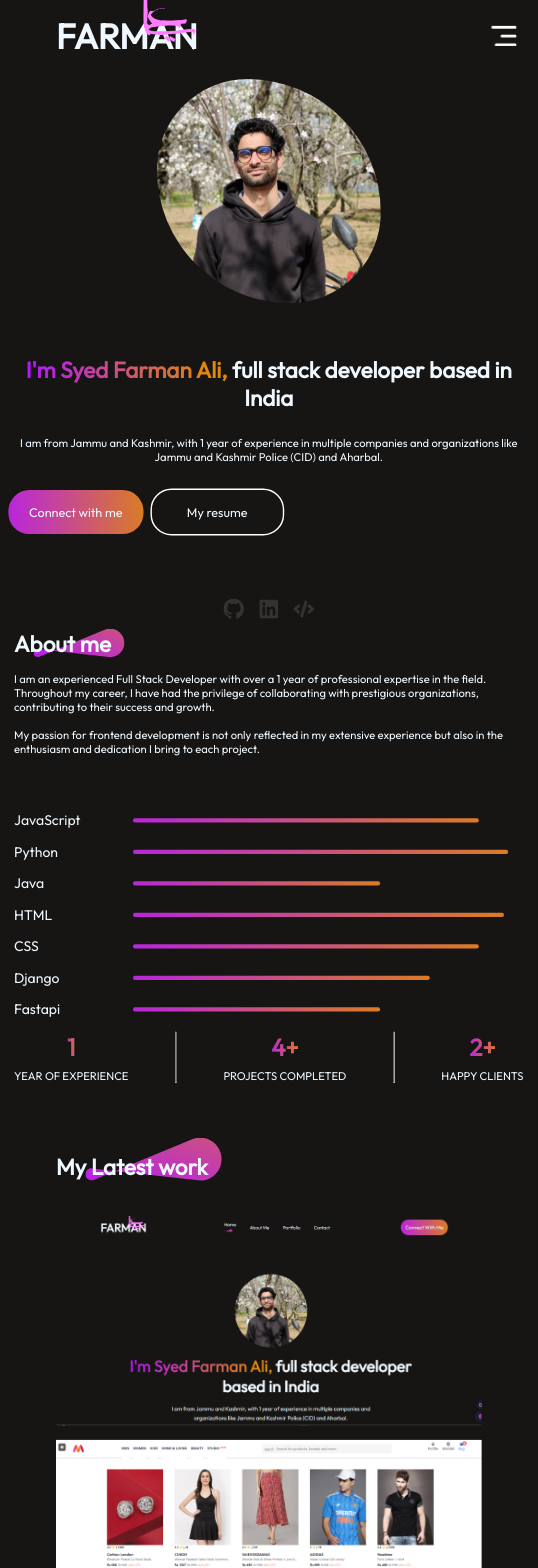
Repository: FARMAN9/portfolio_React
Page: /
The author's editor kept a copy of each file at every save. The page is drawn from the files as they stood at one save, then again after a run of saves.
The browser window is 768 px wide. The pictures show the part of the page from y = 0 to 2240 px (the page is 5795 px tall before and 6355 px after), at 70% of full size.
The project was rebuilt for these pictures with package versions that can differ from the ones it lists, and the page was loaded fresh each time. Also part of the build but not shown: vite.config.js.

Above is the page before, as saved 2024-10-16 21:38:27.

### index.html
<!doctype html>
<html lang="en">
  <head>
    <meta charset="UTF-8" />
    <link rel="icon" type="image/svg+xml" href="/bac.svg" />
    <meta name="viewport" content="width=device-width, initial-scale=1.0" />
    <title>Portfoilo</title>
    <link rel="preconnect" href="https://fonts.googleapis.com">
<link rel="preconnect" href="https://fonts.gstatic.com" crossorigin>
<link href="https://fonts.googleapis.com/css2?family=Outfit&display=swap" rel="stylesheet">


  </head>
  <body>
    <div id="root"></div>

    <script type="module" src="/src/main.jsx"></script>
  </body>
</html>

### src/App.jsx

import NavBar from './Components/Navbar/NavBar'
import Hero from './Components/Hero/Hero'
import About from './Components/About/About'
import MyWork from './Components/MyWork/MyWork'
import Contact from './Components/Contact/Contact'
import Footer from './Components/Footer/Footer'
import React from 'react';

function App() {


  return (
  <>
  <NavBar/>
  <Hero/>
  <About/>
  <MyWork/>
  <Contact/>
  <Footer/>
  </>
  )
}

export default App

### src/index.css

*{
  margin: 0;
  padding: 0;

}
body{
  height: 100vh;
  background: #161513;
  color: aliceblue;
  font-family: outfit;
}

### src/Components/Navbar/NavBar.jsx
import React, { useRef, useState,useEffect } from 'react';
import './Navbar.css';
import ali from '../../assets/ali.png'
import backgound from '../../assets/nav_underline.svg'
import AnchorLink from 'react-anchor-link-smooth-scroll'
import menu_open from '../../assets/menu_open.svg'
import menu_close from '../../assets/menu_close.svg'



function NavBar() {



  const [menu,setMenu]=useState('home')
  const menuRef =useRef();
  const openMenu=()=>{
    menuRef.current.style.right='0'
  }
  const closeMenu=()=>{
    menuRef.current.style.right='-350px'
  }
  return (
    <nav className='navbar'>
      <div className='logo'>
      <AnchorLink className='anchor-link' href='#home'>
      <h1>FARMAN</h1>
      <img src={ali} alt="" />
      </AnchorLink>
      </div>
      <img src={menu_open}  onClick={openMenu} alt="" className='nav-mob-open' />

            <ul ref={menuRef} className='nav-menu'>
            <img src={menu_close} alt="" className='nav-mob-close' onClick={closeMenu}/>
             <li> <AnchorLink className='anchor-link' href='#home'><p onClick={()=>setMenu('home')}>Home</p> </AnchorLink>{menu ==='home' ? <img src ={backgound} alt=''/>:<></> }</li>
             <li><AnchorLink className='anchor-link' offset={50} href='#about'><p onClick={()=>setMenu('about')}>About Me</p></AnchorLink>{menu ==='about' ? <img src ={backgound} alt=''/>:<></> }</li>
             <li><AnchorLink className='anchor-link' offset={50} href='#work'><p onClick={()=>setMenu('work')}>Portfolio</p></AnchorLink>{menu ==='work' ? <img src ={backgound} alt=''/>:<></> }</li>
             <li><AnchorLink className='anchor-link' offset={50} href='#contact'><p onClick={()=>setMenu('contact')}>Contact</p></AnchorLink>{menu ==='contact' ? <img src ={backgound} alt=''/>:<></> }</li>
            </ul>
            <div className="nav-connect"><AnchorLink className='anchor-link' offset={50} href='#contact'>Connect With Me</AnchorLink></div>

    </nav>
  )
}

export default NavBar

### src/Components/Hero/Hero.jsx
import "./Hero.css";
import profile from "../../assets/profile.jpg";
import AnchorLink from "react-anchor-link-smooth-scroll";
import { FaGithub, FaLinkedin, FaCode } from "react-icons/fa";
import React, { useRef, useEffect } from "react";
import gsap from "gsap";
import { ScrollTrigger } from "gsap/ScrollTrigger";

// Register ScrollTrigger plugin
gsap.registerPlugin(ScrollTrigger);

function Hero() {
  return (
    <div id="home" className="hero">
      <img
        // Reference for the image
        src={profile}
        alt="profile"
      />

      <h1>
        <span className="myname">I'm Syed Farman Ali,</span> full stack
        developer based in India
      </h1>
      <p>
        I am from Jammu and Kashmir, with 1 year of experience in multiple
        companies and organizations like Jammu and Kashmir Police (CID) and
        Aharbal.
      </p>
      <div className="hero-action">
        <div className="hero-connect">
          <AnchorLink className="anchor-link" offset={50} href="#contact">
            Connect with me
          </AnchorLink>
        </div>
        <a
          className="hero-resume"
          href="https://rxresu.me/farman9/python-django-developer">
          My resume
        </a>
      </div>
      <div className="hero-socials">
        <a
          href="https://github.com/farman9"
          target="_blank"
          rel="noopener noreferrer">
          <FaGithub size={30} />
        </a>
        <a
          href="https://www.linkedin.com/in/farman9"
          target="_blank"
          rel="noopener noreferrer">
          <FaLinkedin size={30} />
        </a>
        <a
          href="https://leetcode.com/u/saeedfarman9/"
          target="_blank"
          rel="noopener noreferrer">
          <FaCode size={30} />
        </a>
      </div>
    </div>
  );
}

export default Hero;

### src/Components/About/About.jsx
import React from 'react'
import'./About.css'
import bac from '../../assets/bac.svg'
import profile from '../../assets/profile.jpg'


function About() {
  const skills = [
    { name: 'JavaScript', value: 70 },
    { name: 'Python', value: 80 },
    { name: 'Java', value: 50 },
    { name: 'HTML', value: 75 },
    { name: 'CSS', value: 70 },
    { name: 'Django', value: 60 },
    { name: 'Fastapi', value: 50 },

  ];

  return (
    <div id='about' className='about'>
        <div className="about-title">
            <h1>About me</h1>
            <img src={bac} alt="" />
        </div>
        <div className="about-sections">
        <div className="about-left">
        <img src={profile} alt="" />
       </div>
       <div className="about-right">
       <div className="about-para">
        <p>I am an experienced Full Stack Developer with over a 1 year of professional expertise in the field. Throughout my career, I have had the privilege of collaborating with prestigious organizations, contributing to their success and growth.</p>
        <p>My passion for frontend development is not only reflected in my extensive experience but also in the enthusiasm and dedication I bring to each project.</p>
       </div>
       <div className="about-skills">
        {
            skills.map((skill)=><div className="about-skill" key={skill.name}><p>{skill.name}</p><hr style={{width:`${skill.value}%`}} /></div>)
        }

      </div>
        </div>
        </div>
        <div className="about-achievements">
<div className="about-achievement">
<h1>1</h1>
<p>YEAR OF EXPERIENCE</p>
</div>
<hr />
<div className="about-achievement">
<h1>4+</h1>
<p>PROJECTS COMPLETED</p>
</div>
<hr />
<div className="about-achievement">
<h1>2+</h1>
<p>HAPPY CLIENTS</p>
</div>
</div>
    </div>
  )
}

export default About

### src/Components/MyWork/MyWork.jsx
import React, { useImperativeHandle } from "react";
import "./MyWork.css";
import bac from "../../assets/bac.svg";
import soon from "../../assets/coming_soon.gif";
import port_react from "../../assets/projects/portfilo_react.png";
import myntra from "../../assets/projects/mytra.png";
import youtube from "../../assets/projects/yt.png";
import djano_port from "../../assets/projects/django_port.png";
import dpt from "../../assets/projects/dpt.png";
import nws from "../../assets/projects/news.png";

function MyWork() {
  const mywork_data = [
    {
      w_no: 1,
      w_name: "portfolio_React",
      w_img: port_react,
      link: "https://github.com/FARMAN9/portfolio_React",
    },
    {
      w_no: 2,
      w_name: "mytra",
      w_img: myntra,
      link: "https://github.com/FARMAN9/myntra-clone-",
    },
    {
      w_no: 3,
      w_name: "youtube",
      w_img: youtube,
      link: "https://github.com/FARMAN9/youtube-clone",
    },
    {
      w_no: 4,
      w_name: "portfoilo_django",
      w_img: djano_port,
      link: "https://github.com/FARMAN9/portfoilo_django",
    },
    {
      w_no: 5,
      w_name: "DPS",
      w_img: dpt,
      link: "https://github.com/FARMAN9/Diabetes-prediction",
    },
    {
      w_no: 6,
      w_name: "oldNews_paper ",
      w_img: nws,
      link: "https://oldnews-paper.vercel.app/",
    },
    {
      w_no: 7,
      w_name: "soon",
      w_img: soon,
      link: "",
    },
  ];
  return (
    <div id="work" className="mywork">
      <div className="mywork-title">
        <h1>My Latest work</h1>
        <img src={bac} alt="" />
      </div>

      <div className="mywork-container">
        {mywork_data.map((data, index) => {
          return (
            <div key={index}>
              <a href={data.link}>
                <img src={data.w_img} alt="" />
              </a>
            </div>
          );
        })}
      </div>
    </div>
  );
}

export default MyWork;

### src/Components/Contact/Contact.jsx
import React from 'react'
import './Contact.css'
import bac from '../../assets/bac.svg'
import call from '../../assets/call.svg'
import mail from '../../assets/mail.svg'
import loc from '../../assets/loc.svg'

const mykey = "fc7158de-ce59-41ff-9c1e-672e25c721db"

function Contact() {
  const [result, setResult] = React.useState("");
  const [alertVisible, setAlertVisible] = React.useState(false);

  const onSubmit = async (event) => {
    event.preventDefault();
    setResult("Sending....");
    const formData = new FormData(event.target);

    formData.append("access_key", mykey);

    const response = await fetch("https://api.web3forms.com/submit", {
      method: "POST",
      body: formData
    });

    const data = await response.json();

    if (data.success) {
      setResult("Email Send Successfully \n Thanks😇");
      setAlertVisible(true);
      event.target.reset();
    } else {
      console.log("Error", data);
      setResult(data.message);
      setAlertVisible(true);
    }
  };

  const closeAlert = () => {
    setAlertVisible(false);
    setResult("");
  };

  return (
    <div id='contact' className='contact'>
      <div className='contact-title'>
        <h1>Get in touch</h1>
        <img src={bac} alt="" />
      </div>
      <div className='contact-section'>
        <div className='contact-left'>
          <h1>Let's talk</h1>
          <p>I'm currently available to take on new projects, so feel free to send me a message about anything that you want me to work on. You can contact anytime.</p>
          <div className="contact-details">
            <div className="contact-detail">
              <img src={mail} alt="" /> <p>saeedfarman9@gmail.com</p>
            </div>
            <div className="contact-detail">
              <img src={call} alt="" /><p>+916005943382</p>
            </div>
            <div className="contact-detail">
              <img src={loc} alt="" /><p>Jammu & Kashmir, India</p>
            </div>
          </div>
        </div>
        <div>
          <form onSubmit={onSubmit} className='contact-right'>
            <label htmlFor=""> Your Name</label>
            <input type="text" placeholder='Enter your name' name='name' />
            <label htmlFor=""> Your Email</label>
            <input type="email" placeholder='Enter your email' name='email' />
            <label htmlFor=""> Write your message here</label>
            <textarea placeholder='Enter your message' rows='8' name='message'></textarea>
            <button className='contact-submit' type='submit'>Submit now</button>
          </form>
        </div>
      </div>

      {alertVisible && (
        <div className="custom-alert">
          <div className="custom-alert-content">
            <p>{result}</p>
            <button onClick={closeAlert}>Close</button>
          </div>
        </div>
      )}
    </div>
  )
}

export default Contact

### src/Components/Footer/Footer.jsx
import React from "react";
import "./Footer.css";
import ali from "../../assets/ali.png";
import AnchorLink from 'react-anchor-link-smooth-scroll'

function Footer() {
  return (
    <div className="footer">
      <div className="footer-top">
        <div className="footer-top-left">
          <div className="logo">
          <AnchorLink className='anchor-link' offset={50} href='#home'>
            <h1>FARMAN</h1>
            <img src={ali} alt="" />
            </AnchorLink>
          </div>

        </div>
        <p>
        I wanted to take a moment to thank you for visiting my portfolio. Your time and interest in my work are truly appreciated.
        If you have any feedback, questions, or opportunities you'd like to discuss, please don't hesitate to reach out. I'm always eager to connect and explore new possibilities.
          </p>
        <div className="footer-top-right">

        </div>

        </div>
        <hr />

        <div className="footer-bottom">
          <p className="footer-bottm-left">
            {" "}
            © 2024 Syed Farman Ali. All rights reserved.{" "}
          </p>

          <div className="footer-bottom-right">
            <p>Term of Services</p>
            <p>Privacy Policy</p>
            <AnchorLink className='anchor-link' offset={50} href='#contact'> <p>Connect with me</p></AnchorLink>
          </div>
        </div>

    </div>
  );
}

export default Footer;

### src/Components/Navbar/Navbar.css
.navbar{
display: flex ;
align-items: center;
justify-content: space-between;
margin: 20px 170px;
}
.nav-menu{
    display: flex;
    align-items: center;
    list-style: none;
    gap:60px;
    font-size: 20px;

}
.nav-connect
{
    padding: 20px;
    border-radius: 50px;
    background: linear-gradient(267deg,#DA7C25 0.36%,#B923E1 102.0% );
    font-size:22px ;
    cursor: pointer;
    transition: 0.5s;

}
.nav-connect:hover
{
   transform: scale(1.05);

}



.logo{
    position: relative;
    }
.logo h1{
    padding: 0px 30px;
    font-size: 50px;
    font-weight: 600%;
    z-index: -1;

    }


.logo img{
    position: absolute;
    bottom:0;
    right: 0;

    width: 150px;
    height: 150px;

}

.anchor-link{
   text-decoration: none;
   color: aliceblue;
}
.nav-mob-close
{
    display: none;
}
.nav-mob-open{
    display: none;
}


@media(max-width:768px) {
    .navbar{
        margin: 20px 50px;
    }
    .nav-connect{
        display: none;
    }
    .nav-mob-open{
        display: block;
        position: fixed;
        right: 30px;
    }
    .nav-mob-close{
        display: block;
        position: relative;
        top: 30px;
        left: 110px;
        width: 30px;


    }
    .nav-menu{
        position: fixed;
        flex-direction: column;
        align-items: center;
        top:0;
        gap:30px;
        background-color: #1f0016;
        width: 350px;
        height: 100%;
        z-index: 2;
        transition: right 0.5s;
        right: -350px;
    }
    .nav-menu li{
        font-size: 30px;

        padding-left: 0;
        flex-direction: row;
        gap:20px;

    }

}

### src/Components/Hero/Hero.css
.hero {
  display: flex;
  flex-direction: column;
  align-items: center;
  gap: 35px;
}
.hero img {
  margin-top: 150px;
  border-radius: 50% 60%;
  width: 20rem;
  height: 20rem;
  position: relative;

  overflow: hidden; /* Hide overflow */

  z-index: 1; /* Make sure the image appears above the border */
  animation: borderchange 10s infinite; /* Animation duration and repetition */
}

/* Animated border wrapper */

/* Animated border effect */

/* Keyframes for border animation */
/* Animated border effect */

/* Keyframes for border animation */
@keyframes borderchange {
  0% {
    border-radius: 20% 40%; /* Initial radius */ /* Initial width */
    border-color: rgba(255, 255, 255, 0.5); /* Initial color */
    /* No scaling */
  }
  25% {
    border-radius: 30% 50%; /* Slightly increase radius */
    border-color: rgba(255, 200, 0, 0.7); /* Change color */
    /* Slightly scale up */
  }
  50% {
    border-radius: 50%; /* Fully rounded */
    border-color: rgba(0, 200, 255, 0.7); /* Another color change */
    border-width: 25px; /* Slightly increase width */ /* Scale up further */
  }
  75% {
    border-radius: 40% 60%; /* Return to less rounded */
    border-color: rgba(255, 0, 150, 0.7); /* Change color again */
    /* Scale back down */
  }
  100% {
    border-radius: 20% 40%; /* Back to initial radius */
    border-width: 20px; /* Back to initial width */
    border-color: rgba(255, 255, 255, 0.5); /* Return to initial color */
    /* Reset scaling */
  }
}

.hero h1 {
  text-align: center;

  font-weight: 600;
  width: 70%;
  font-size: 70px;
}
.hero h1 span {
  background: linear-gradient(270deg, #df8908 10%, #b415ff 100%);
  background-clip: text;
  -webkit-background-clip: text;
  -webkit-text-fill-color: transparent;
}
.hero-socials img {
  width: 30px;
  height: 30px;
  cursor: pointer;
}
.hero p {
  width: 50%;
  text-align: center;
  font-size: 24px;
  line-height: 40px;
}
.hero-action {
  display: flex;
  align-items: center;
  gap: 25px;
  font-size: 24px;
  font-weight: 500;
  margin-bottom: 50px;
}
.hero-connect {
  padding: 25px 45px;
  border-radius: 50px;
  background: linear-gradient(267deg, #da7c25 0.36%, #b923e1 102%);
  cursor: pointer;
}
.hero-resume {
  padding: 25px 75px;
  border-radius: 50px;
  border: 2px solid #fff;
  cursor: pointer;
  color: aliceblue;
  text-decoration: none;
}

.hero-connect:hover {
  border: 2px solid white;
}
.hero-resume:hover {
  border-color: #b415ff;
}
.hero-socials {
  margin-top: 20px;
}

.hero-socials a {
  margin: 0 10px;
  color: #333;
  transition: color 0.3s;
}

.hero-socials a:hover {
  color: #b415ff; /* You can change this color to match the theme */
}
@media (max-width: 768px) {
  .hero img {
    margin-top: 10px;
  }
  .hero h1 {
    margin-top: 40px;
    width: 96%;
    font-size: 2rem;
  }
  .hero p {
    width: 97%;
    font-size: 1rem;
    line-height: 20px;
  }
  .hero-action {
    width: 97%;
    gap: 10px;
    font-size: 18px;
    font-weight: 500;
    margin-bottom: 50px;
  }
  .hero-connect {
    padding: 20px 30px;
    border-radius: 30px;
  }
  .hero-resume {
    padding: 20px 50px;
    border-radius: 30px;
  }
  .hero-socials {
    margin-top: 5px;
  }
}

### src/Components/About/About.css
.about {
  display: flex;
  flex-direction: column;
  align-items: center;
  justify-content: center;
  gap: 80px;
  margin: 80px 170px;
}

.about-title {
  position: relative;
}
.about-title h1 {
  padding: 0px 30px;
  font-size: 80px;
  font-weight: 600%;
}

.about-title img {
  position: absolute;
  bottom: 0;
  right: 0;
  z-index: -1;
}

.about-sections {
  display: flex;
  gap: 80px;
}

.about-left img {
  width: 25rem;
  height: 25rem;
}
.about-right {
  display: flex;
  flex-direction: column;
  gap: 80px;
}

.about-para {
  display: flex;
  flex-direction: column;
  gap: 20px;
  font-size: 24px;
  font-weight: 500;
}

.about-skills {
  display: flex;
  flex-direction: column;
  gap: 20px;
}

.about-skill {
  display: flex;
  gap: 50px;
  align-items: center;
  transition: 0.3s;
}
.about-skill p {
  min-width: 150px;
  font-size: 24px;
  font-weight: 500;
}
.about-skill hr {
  outline: none;
  border: none;
  width: 50%;
  height: 8px;
  border-radius: 50px;
  background: linear-gradient(267deg, #da7c25 0.36%, #b923e1 102%);
}

.about-achievements {
  display: flex;
  width: 100%;
  justify-content: space-around;
  margin-bottom: 80px;
}

.about-achievement {
  display: flex;
  flex-direction: column;
  align-items: center;
  gap: 10px;
  transition: 0.5s;
}

.about-achievement h1 {
  font-size: 60px;
  font-weight: 700;
  background: linear-gradient(267deg, #da7c25 0.36%, #b923e1 102%);
  background-clip: text;
  -webkit-background-clip: text;
  -webkit-text-fill-color: transparent;
}

.about-achievement p {
  font-size: 22px;
  font-weight: 500;
}
.about-skill:hover {
  transform: scale(1.05);
  transition: 0.3s;
}
.about-achievement:hover {
  transform: scale(1.12);
  transition: 0.5s;
}

@media (max-width: 768px) {
  .about {
    gap: 20px;
    margin: 10px 20px;
    align-items: start;
  }
  .about-title h1 {
    font-size: 2rem;
    padding: 0;
  }
  .about-title img {
    width: 130px;
    right: -20px;
  }

  .about-sections {
    flex-direction: column;
  }
  .about-left {
    display: none;
  }
  .about-para {
    width: 97%;
    font-size: 1rem;
    line-height: 20px;
  }
  .about-skill {
    width: 97%;
    gap: 20px;
    align-items: center;
  }
  .about-skill p {
    font-size: 20px;
  }
  .about-skill hr {
    height: 6px;
  }
  .about-achievements {
    justify-content: space-between;
  }
  .about-achievement {
    gap: 10px;
  }
  .about-achievement h1 {
    font-size: 34px;
    font-weight: 700;
  }
  .about-achievement p {
    text-align: center;
    font-size: 16px;
  }
}

### src/Components/MyWork/MyWork.css
.mywork {
  display: flex;
  flex-direction: column;
  align-items: center;
  justify-content: center;
  gap: 80px;
  margin: 80px 170px;
}
.mywork-title {
  position: relative;
}
.mywork-title h1 {
  padding: 0px 30px;
  font-size: 80px;
  font-weight: 600%;
}
.mywork-title img {
  position: absolute;
  bottom: 0;
  right: 0;
  z-index: -1;
}

.mywork-container {
  display: grid;
  grid-template-columns: 1fr 1fr 1fr;
  gap: 40px;
}

.mywork-container img {
  box-sizing: border-box;
  width: 419px;
  height: 280px;
  transition: 0.3s;
  cursor: pointer;
}
.mywork-container img:hover {
  transform: scale(1.1);
  border: 4px solid #ff00ff;
  border-radius: 10px;
  transition: 0.3s;
}

@media (max-width: 768px) {
  .mywork {
    gap: 50px;
    margin: 20px 80px;
    align-items: start;
  }
  .mywork-title h1 {
    padding: 0;
    font-size: 2rem;
    font-weight: 600;
  }
  .mywork-title img {
    width: 90%;
    margin-right: -20px;
  }
  .mywork-container {
    grid-template-columns: 1fr;
    gap: 20px;
  }
  .mywork-container img {
    width: 100%;
    height: 100%;
  }
}

### src/Components/Footer/Footer.css


.logo{
    position: relative;
    }
.logo h1{
    padding: 0px 30px;
    font-size: 50px;
    font-weight: 600%;
    z-index: -1;
    }
.logo img{
    position: absolute;
    bottom:0;
    right: 0;
    width: 150px;
    height: 150px;

}


.footer{
 margin: 50px 170px;
 display: flex;
 flex-direction: column;
 gap: 30px;
}
.footer-top{
    display: flex;
    justify-content: space-between;
}
.footer-top-left{
    display: flex;
    align-items: center;


}
.footer-top-left p{
   font-size: 15px;
   max-width: 500px;
}

.footer-bottom{
    display: flex;
    justify-content: space-between;
    font-size: 18px;

}
.footer-bottom-right{
    display: flex;
    gap:50px;
    margin-bottom: 50px;


}
@media(max-width:768px)
{
    .footer{
        margin: 50px 70px;
    }
    .footer-top{
        flex-direction: column;
        gap: 50px;
    }
    .footer-bottom{
        display: flex;
        flex-direction: column-reverse;
        margin-bottom: 50px;

    }
}

Loaded but not shown: src/main.jsx (common file); src/Components/Contact/Contact.css (193 lines, source omitted)

After the next 2 saves:
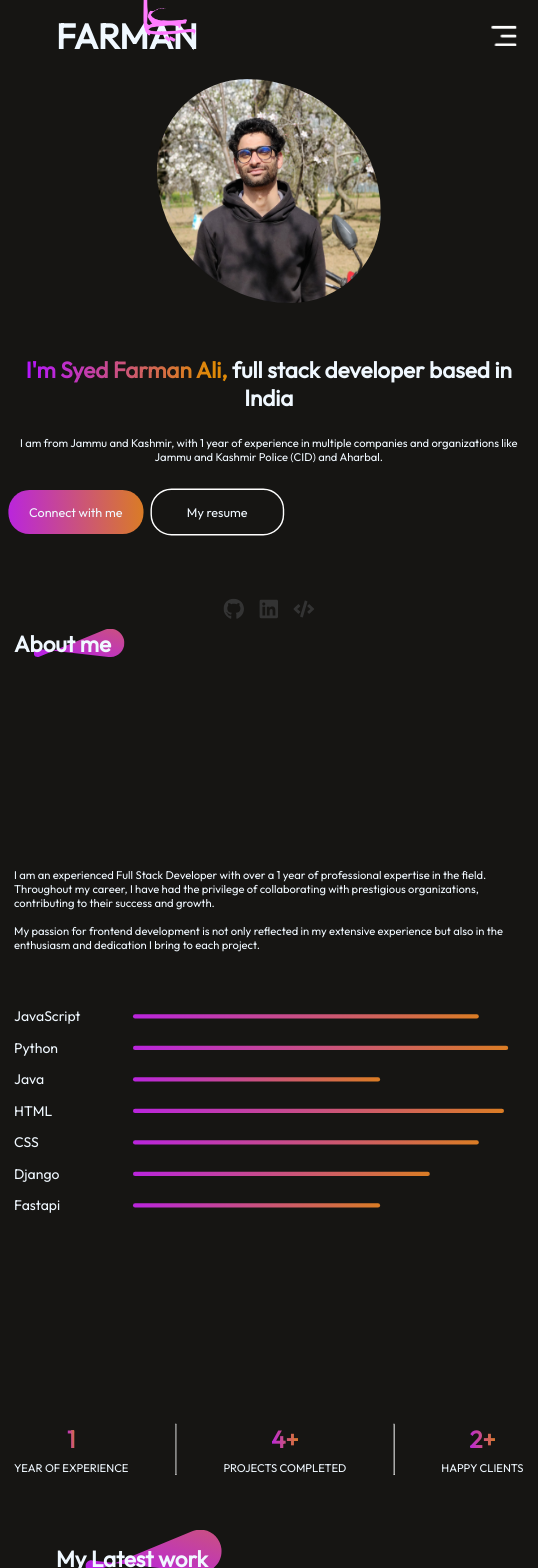
The 2 saves are shown as one change because they came seconds apart.
The last was saved 11 s later.
--- a/src/Components/About/About.css
+++ b/src/Components/About/About.css
@@ -111,7 +111,7 @@
 
 @media (max-width: 768px) {
   .about {
-    gap: 20px;
+    gap: 300px;
     margin: 10px 20px;
     align-items: start;
   }
